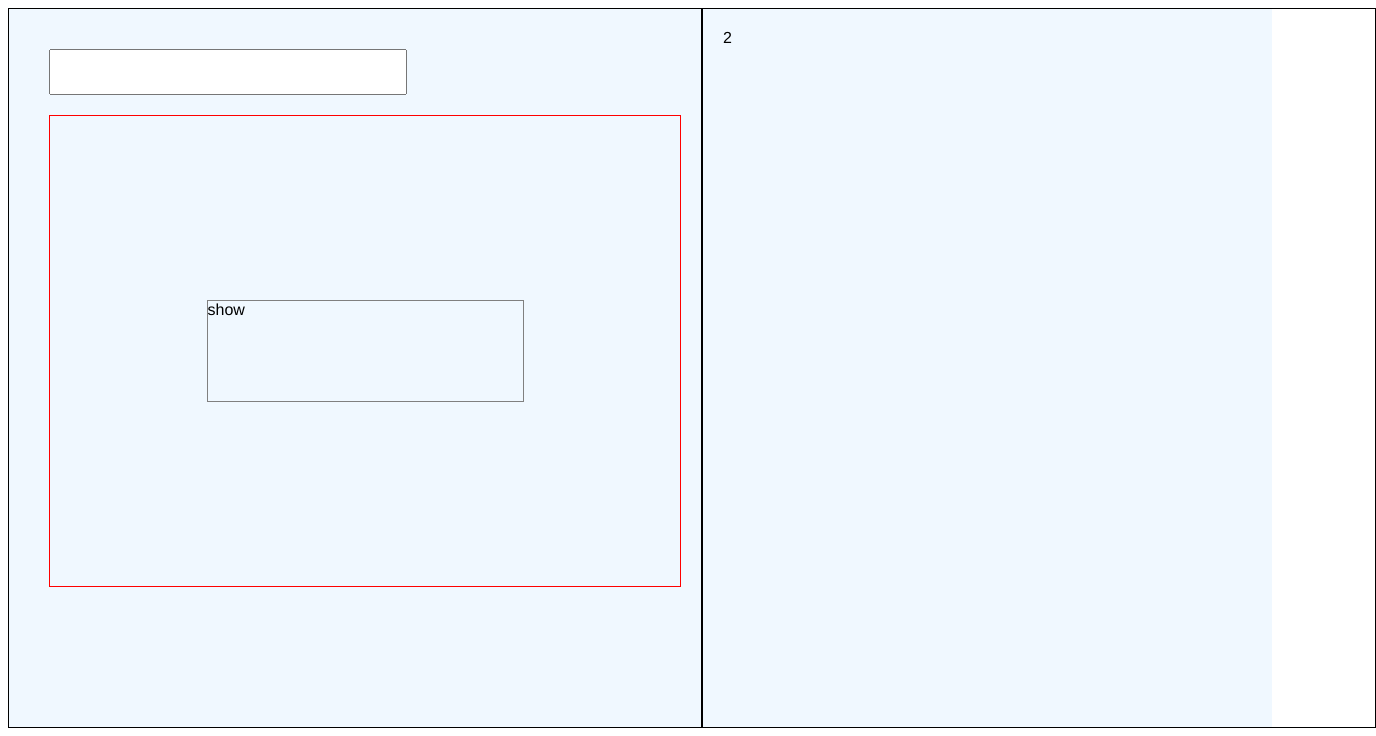
Repository: andrii1/react-gifs
Page: /
The author's editor kept a copy of each file at every save. The page is drawn from the files as they stood at one save, then again after the next save.
The browser window is 1280 px wide. The page is 1376 px wide, so the pictures cover 1376 px, including what lies to the right of the window. The pictures show the whole page.
The project was rebuilt for these pictures with package versions that can differ from the ones it lists, and the page was loaded fresh each time. Also part of the build but not shown: webpack.config.js.

Above is the page before, as saved 2022-02-11 15:50:27.

### src/index.jsx
import React from 'react';
import ReactDOM from 'react-dom';
import App from './components/App';

import '../assets/stylesheets/application.scss';

const root = document.getElementById('root');
if (root) {
  ReactDOM.render(<App />, root);
}

### src/components/App.jsx
import React, { Component } from 'react';
import ReactDOM from 'react-dom';

class App extends Component {
  //state = {  }
  render() {
    return (<div className="app">

        <div className="left">
          <div className="left-container">
            <div className="search">
              <input type="text" name="search" />
            </div>
            <div className="show">
                <div className="show-gif">show</div>
            </div>
          </div>
        </div>
        <div className="right">2</div>

    </div>);
  }
}

export default App;

### assets/stylesheets/application.scss
body {
  font-family: Helvetica;
}

#root .app {
  height: 100vh;
  display: flex;
  align-items: top;
  justify-content: space-between;
  background-color: aliceblue;
}
.app {
  background-color: aliceblue;
}



.left {
  flex: 0 0 50%;
  border: black 1px solid;
  padding: 20px 20px 20px 40px;
}

.right {
  flex: 0 0 50%;
  border: black 1px solid;
  padding: 20px 20px 20px 20px;
}

.left-container {
  display: flex;
  flex-direction: column;
}

.search {
  padding:20px 20px 20px 0;
}

input[type=text] {
  height: 40px;
  width: 350px
}

.show {
  height: calc(100vh - 250px);
  display: flex;
  align-items: center;
  justify-content: center;
  border: 1px solid red;
}

.show-gif {
  width: 100px;
  height: 100px;
  border: 1px solid grey;
  flex: 0 0 50%;
}

After the next save:
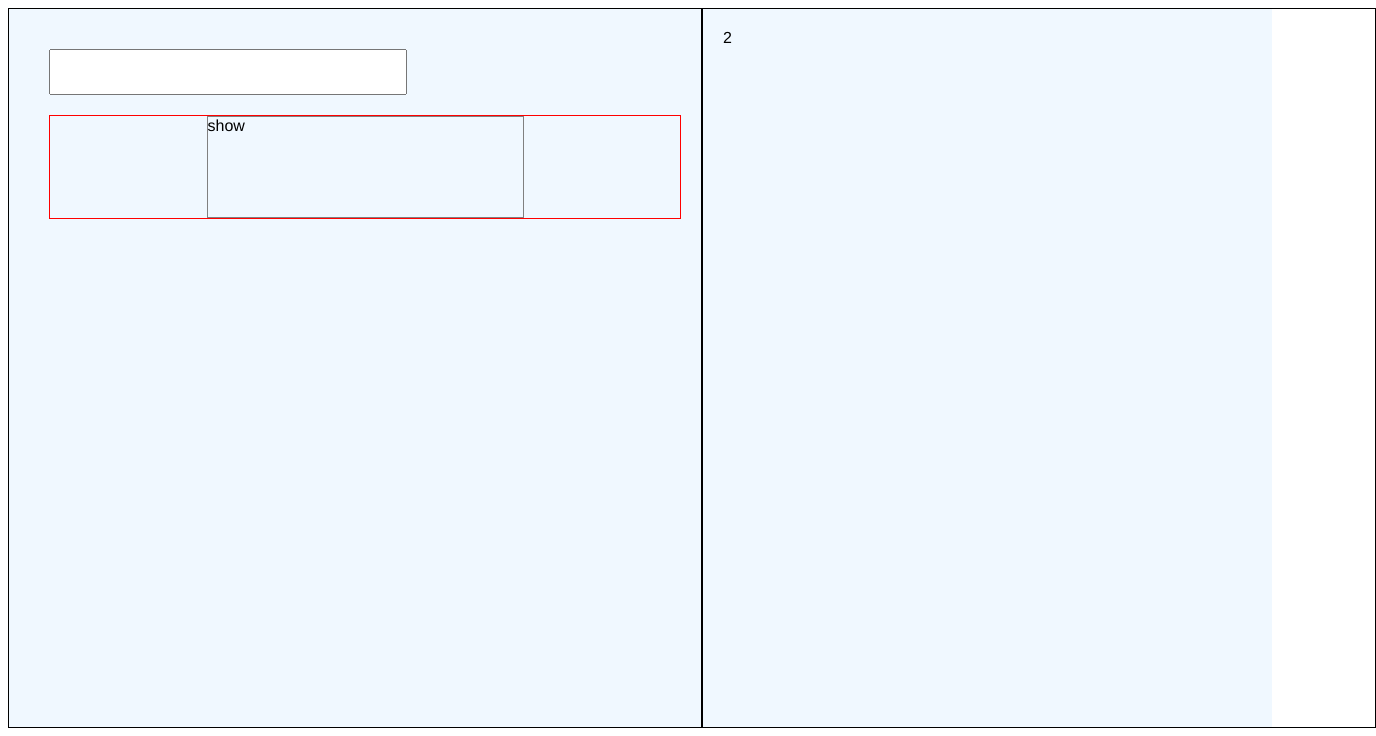
Saved 32 s later.
--- a/assets/stylesheets/application.scss
+++ b/assets/stylesheets/application.scss
@@ -42,7 +42,8 @@
 }
 
 .show {
-  height: calc(100vh - 250px);
+  //height: calc(100vh - 250px);
+  height: 100%;
   display: flex;
   align-items: center;
   justify-content: center;

After the save that followed:
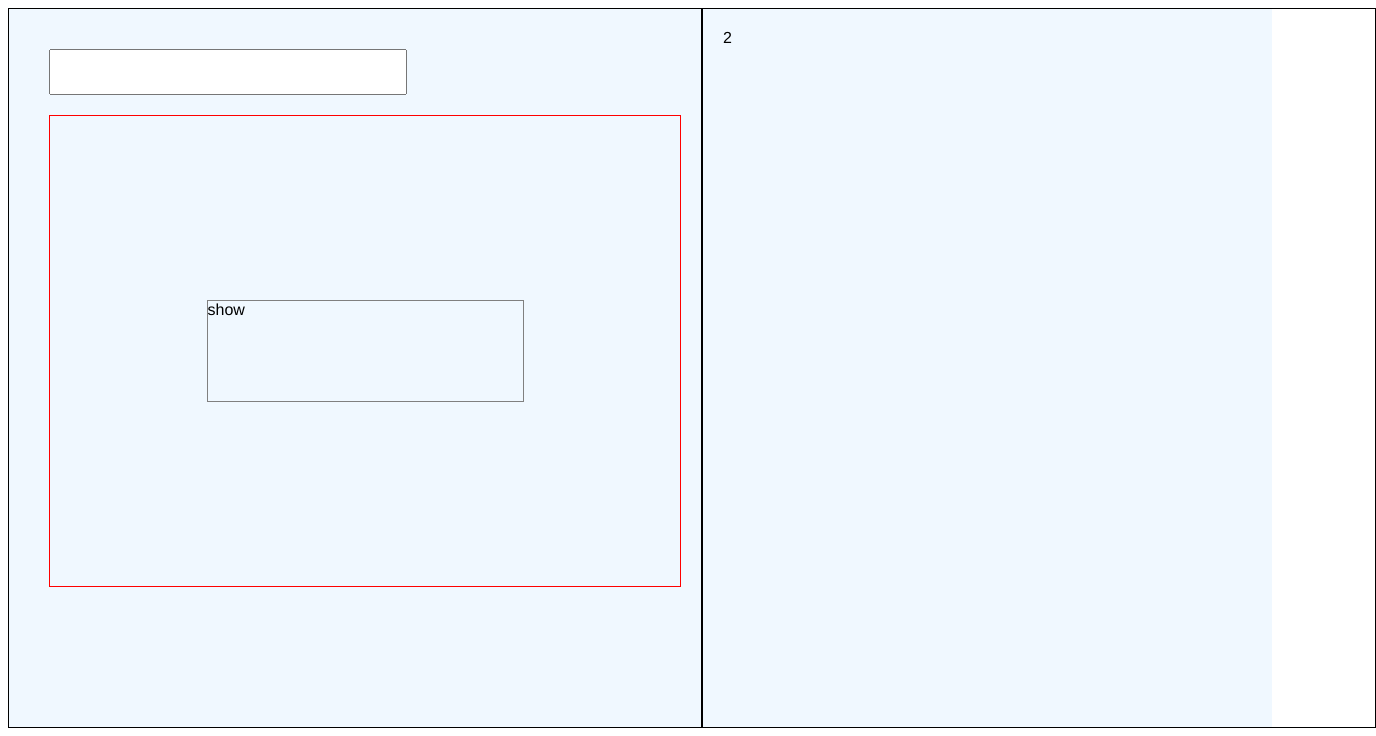
Saved 20 s later.
--- a/assets/stylesheets/application.scss
+++ b/assets/stylesheets/application.scss
@@ -42,8 +42,8 @@
 }
 
 .show {
-  //height: calc(100vh - 250px);
-  height: 100%;
+  height: calc(100vh - 250px);
+  //height: 100%;
   display: flex;
   align-items: center;
   justify-content: center;
